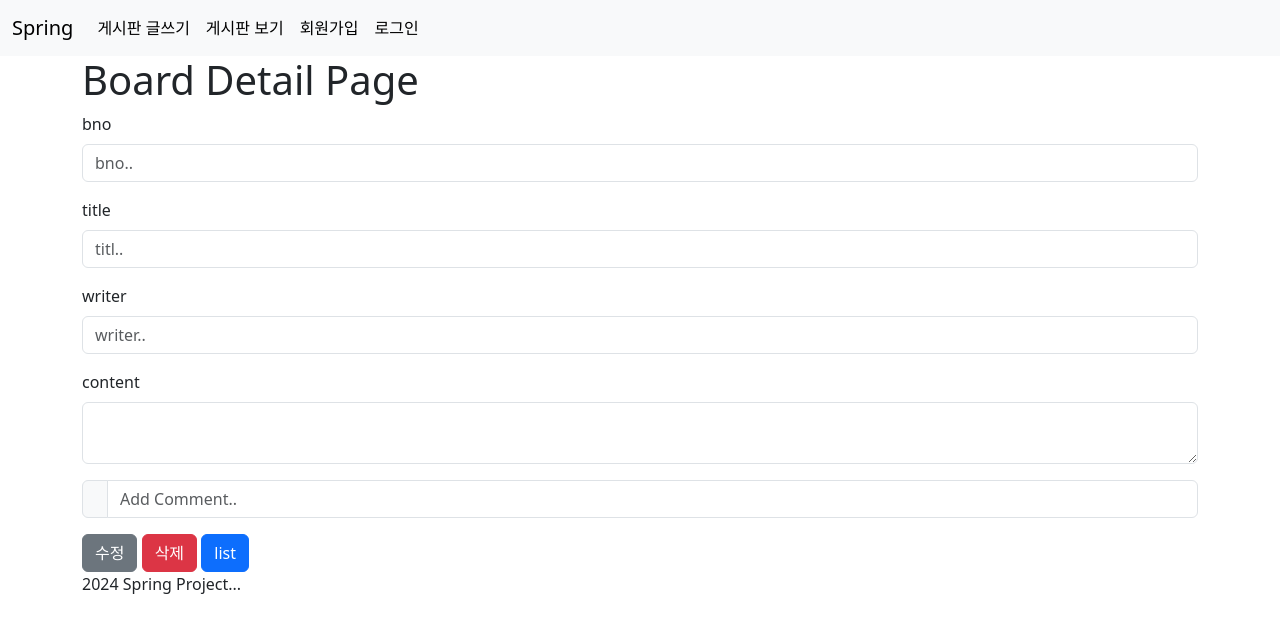
Repository: dlfhrrl12/springtest
Page: http://localhost/spring_study/WEB-INF/views/board/detail.jsp
The author's editor kept a copy of each file at every save. The page is drawn from the files as they stood at one save, then again after the next save.
The browser window is 1280 px wide. The pictures show the whole page.
The page is served by Tomcat 9. Nobody is signed in. The template is opened directly, without the code that normally fills it, so the values that code supplies are empty.

Above is the page before, as saved 2024-04-26 02:42:29.

### spring_study/src/main/webapp/WEB-INF/views/board/detail.jsp
<%@ page language="java" contentType="text/html; charset=UTF-8"
    pageEncoding="UTF-8"%>
<jsp:include page="../layout/header.jsp"/>
	<div class="container-md">
	<h1>Board Detail Page</h1>

			<div class="mb-3">
		  		<label for="n" class="form-label">bno</label>
		  		<input type="text" class="form-control" name="bno" id="n" value="${bvo.bno }" readonly="readonly" placeholder="bno..">
			</div>
			<div class="mb-3">
		  		<label for="t" class="form-label">title</label>
		  		<input type="text" class="form-control" name="title" id="t" value="${bvo.title }" readonly="readonly" placeholder="titl..">
			</div>
			<div class="mb-3">
		  		<label for="w" class="form-label">writer</label>
		  		<input type="text" class="form-control" name="writer" value="${bvo.writer }" id="w" readonly="readonly" placeholder="writer..">
			</div>
			<div class="mb-3">
			  <label for="c" class="form-label">content</label>
			  <textarea class="form-control" id="c" name="content" readonly="readonly" aria-label="With textarea">${bvo.content }</textarea>
			</div>

			<!-- Comment line -->
			<!-- 댓글 등록 라인 -->
			<div class="input-group mb-3">
			  <span class="input-group-text" id="cmtWriter">${ses.id }</span>
			  <input type="text" id="cmtText" class="form-control" placeholder="Add Comment.." aria-label="Username" aria-describedby="basic-addon1">
			</div>

			<!-- 댓글 출력 라인 -->

			<a href="/board/modify?bno=${bvo.bno }"><button type="button" class="btn btn-secondary">수정</button></a>
			<a href="/board/remove?bno=${bvo.bno }"><button type="button" class="btn btn-danger">삭제</button></a>
			<a href="/board/list"><button type="button" class="btn btn-primary">list</button></a>

	</div>

<jsp:include page="../layout/footer.jsp" />

### spring_study/src/main/webapp/WEB-INF/views/layout/header.jsp
<%@ page language="java" contentType="text/html; charset=UTF-8"
    pageEncoding="UTF-8"%>
    <%@ taglib uri="http://java.sun.com/jsp/jstl/core"  prefix="c"%>
<!DOCTYPE html>
<html>
<head>
<meta charset="UTF-8">
<title>header.jsp</title>
<link href="https://cdn.jsdelivr.net/npm/bootstrap@5.3.3/dist/css/bootstrap.min.css" rel="stylesheet" integrity="sha384-QWTKZyjpPEjISv5WaRU9OFeRpok6YctnYmDr5pNlyT2bRjXh0JMhjY6hW+ALEwIH" crossorigin="anonymous">
<script src="https://cdn.jsdelivr.net/npm/bootstrap@5.3.3/dist/js/bootstrap.bundle.min.js" integrity="sha384-YvpcrYf0tY3lHB60NNkmXc5s9fDVZLESaAA55NDzOxhy9GkcIdslK1eN7N6jIeHz" crossorigin="anonymous"></script>
</head>
<body>
<nav class="navbar navbar-expand-lg bg-body-tertiary">
  <div class="container-fluid">
    <a class="navbar-brand" href="#">Spring</a>
    <button class="navbar-toggler" type="button" data-bs-toggle="collapse" data-bs-target="#navbarSupportedContent" aria-controls="navbarSupportedContent" aria-expanded="false" aria-label="Toggle navigation">
      <span class="navbar-toggler-icon"></span>
    </button>
    <div class="collapse navbar-collapse" id="navbarSupportedContent">
      <ul class="navbar-nav me-auto mb-2 mb-lg-0">
        <li class="nav-item">
          <a class="nav-link active"  href="/board/register">게시판 글쓰기</a>
        </li>
        <li class="nav-item">
          <a class="nav-link active"  href="/board/list">게시판 보기</a>
        </li>
        <li class="nav-item">
          <a class="nav-link active"  href="/member/register">회원가입</a>
        </li>
        <c:if test="${ses.id eq null }">
        <li class="nav-item">
          <a class="nav-link active"  href="/member/login">로그인</a>
        </li>
        </c:if>
        <c:if test="${ses.id ne null }">
        <li class="nav-item">
          <a class="nav-link active"  href="/member/logout">로그아웃</a>
        </li>
        <li class="nav-item">
          <a class="nav-link active"  href="/member/modify">${ses.id }(${ses.email })welcome!!</a>
        </li>
        </c:if>
        </ul>
    </div>
  </div>
</nav>

### spring_study/src/main/webapp/WEB-INF/views/layout/footer.jsp
<%@ page language="java" contentType="text/html; charset=UTF-8"
    pageEncoding="UTF-8"%>



<div class="container-md">
	2024 Spring Project...
</div>

</body>
</html>

After the next save:
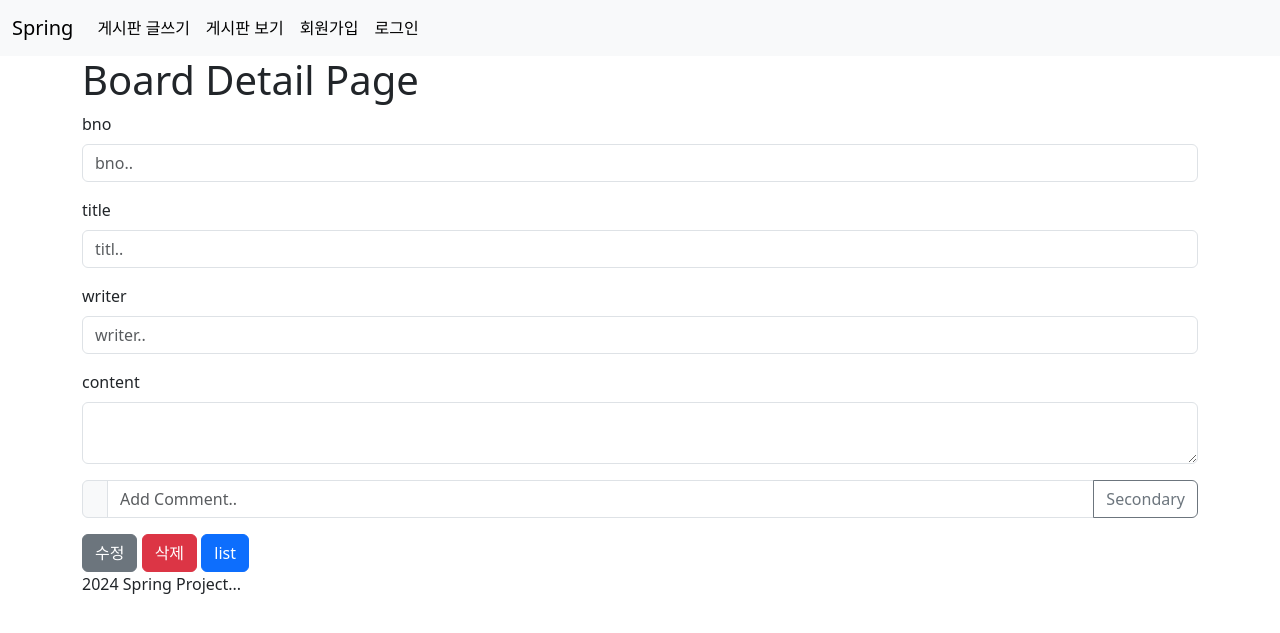
Saved 55 s later.
--- a/spring_study/src/main/webapp/WEB-INF/views/board/detail.jsp
+++ b/spring_study/src/main/webapp/WEB-INF/views/board/detail.jsp
@@ -26,6 +26,7 @@
 			<div class="input-group mb-3">
 			  <span class="input-group-text" id="cmtWriter">${ses.id }</span>
 			  <input type="text" id="cmtText" class="form-control" placeholder="Add Comment.." aria-label="Username" aria-describedby="basic-addon1">
+			  <button type="button" id="cmtAddBtn" class="btn btn-outline-secondary">Secondary</button>
 			</div>
 
 			<!-- 댓글 출력 라인 -->
